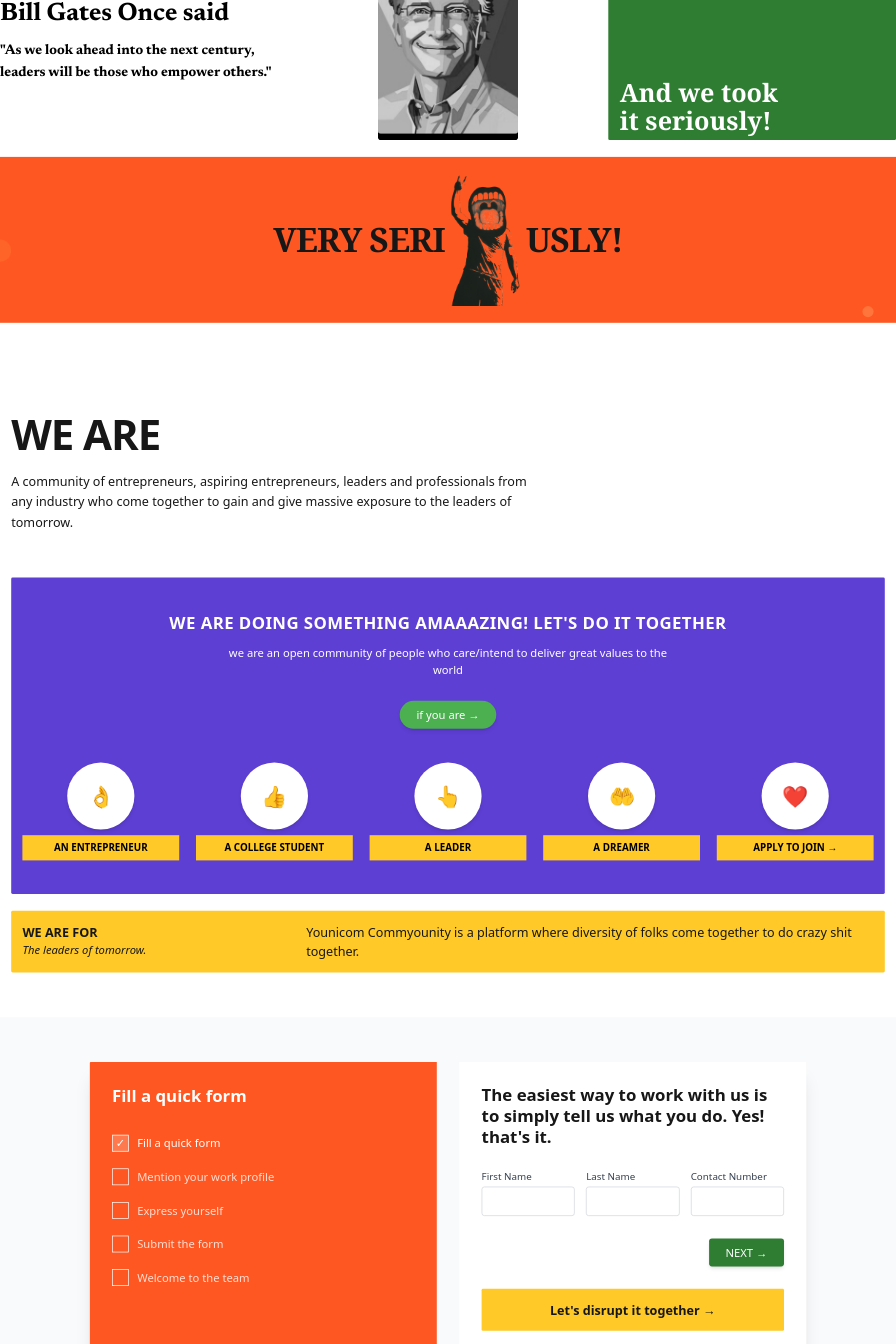
Repository: as-avni/dreamersite
Page: /
These files come from the project's save history. The page is drawn as it stood at one moment and after a run of saves; the edit follows.
The browser window is 1280 px wide. The pictures show the part of the page from y = 663 to 2583 px (the page is 2661 px tall before and 2755 px after), at 70% of full size.
Some web fonts or font styles are not loaded; a fallback is used. The project was rebuilt for these pictures with package versions that can differ from the ones it lists, and the page was loaded fresh each time. Some packages were replaced by stand-ins written for this rebuild. The framework's server and built-in components were replaced by stand-ins that run in the browser. Also part of the build but not shown: next.config.ts.

Above is the page before, as saved 2025-03-21 04:51:56.

After the next 2 saves:
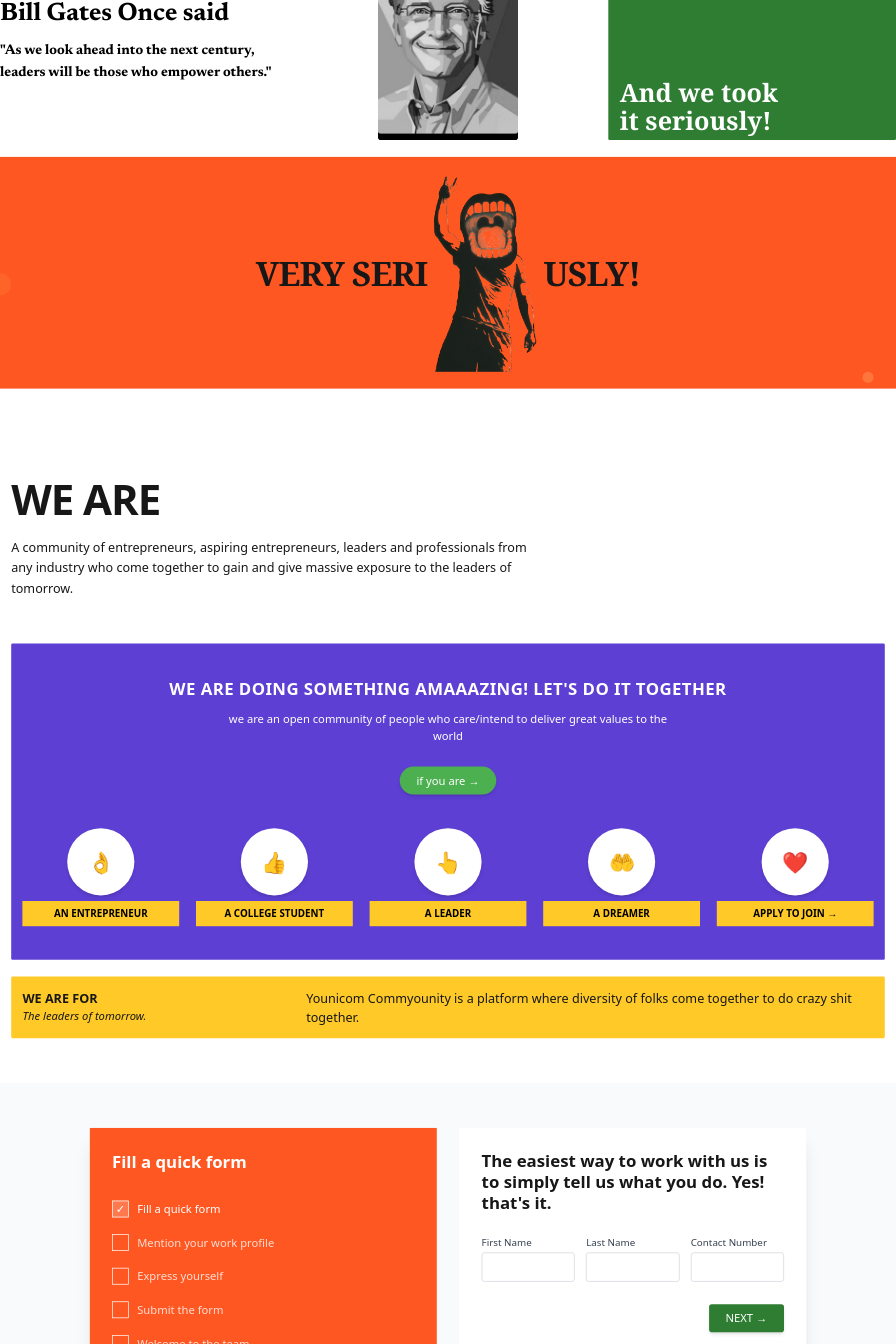
The 2 saves are shown as one change because they came seconds apart.
The last was saved 7 s later.
--- a/src/components/bill-gates.tsx
+++ b/src/components/bill-gates.tsx
@@ -69,7 +69,7 @@
                 <h2 className="text-4xl md:text-5xl font-black tracking-tight font-serif">VERY SERI</h2>
                 <Image
                     src="/images/seriously.png"
-                    width={100}
+                    width={150}
                     height={100}
                     alt="Serious Photo"
                     className="object-contain"
